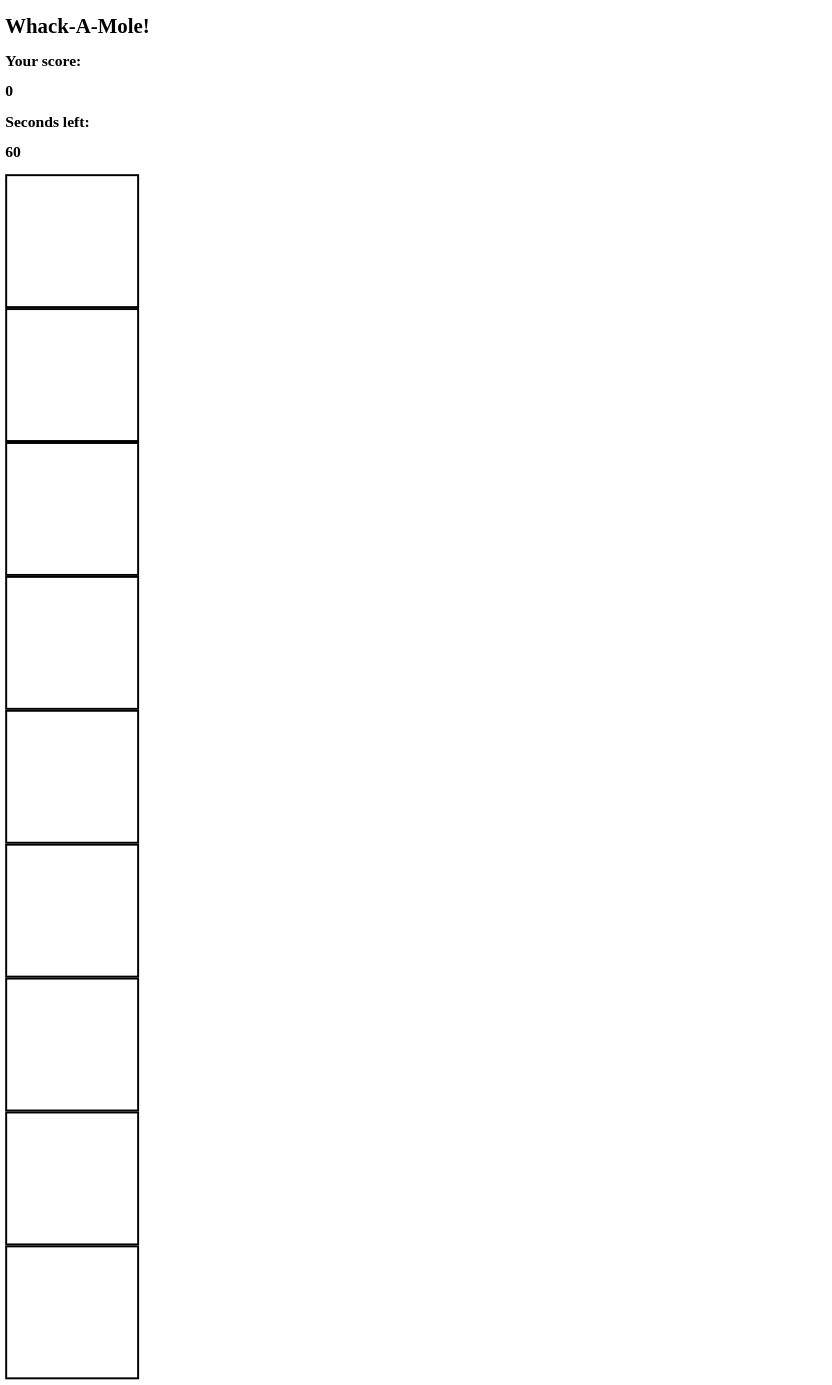
Repository: annabdev/WhackAMole
Page: index.html
These files come from the project's save history. The page is drawn as it stood at one moment and after a run of saves; the edit follows.
The browser window is 1280 px wide. The pictures show the whole page, at 65% of full size.

Above is the page before, as saved 2020-05-18 15:14:02.

After the next 32 saves:
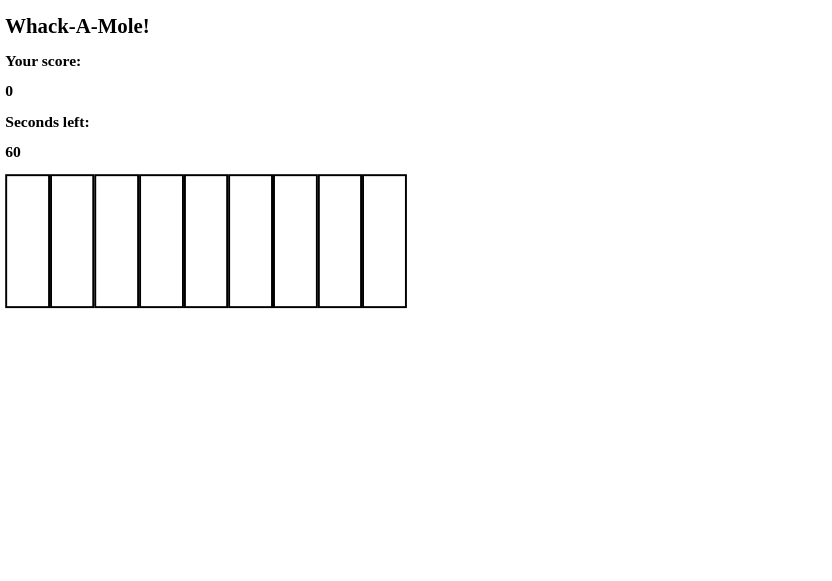
The 32 saves are shown as one change because they came seconds apart.
The last was saved 47 s later.
--- a/style.css
+++ b/style.css
@@ -4,3 +4,12 @@
     border-style: solid;
     border-color: black;
 }
+
+.grid {
+    display: flex;
+    flex-flow: row-wrap;
+    justify-content: center;
+    align-content: center;
+    width: 618px;
+    height: 618px;
+}
